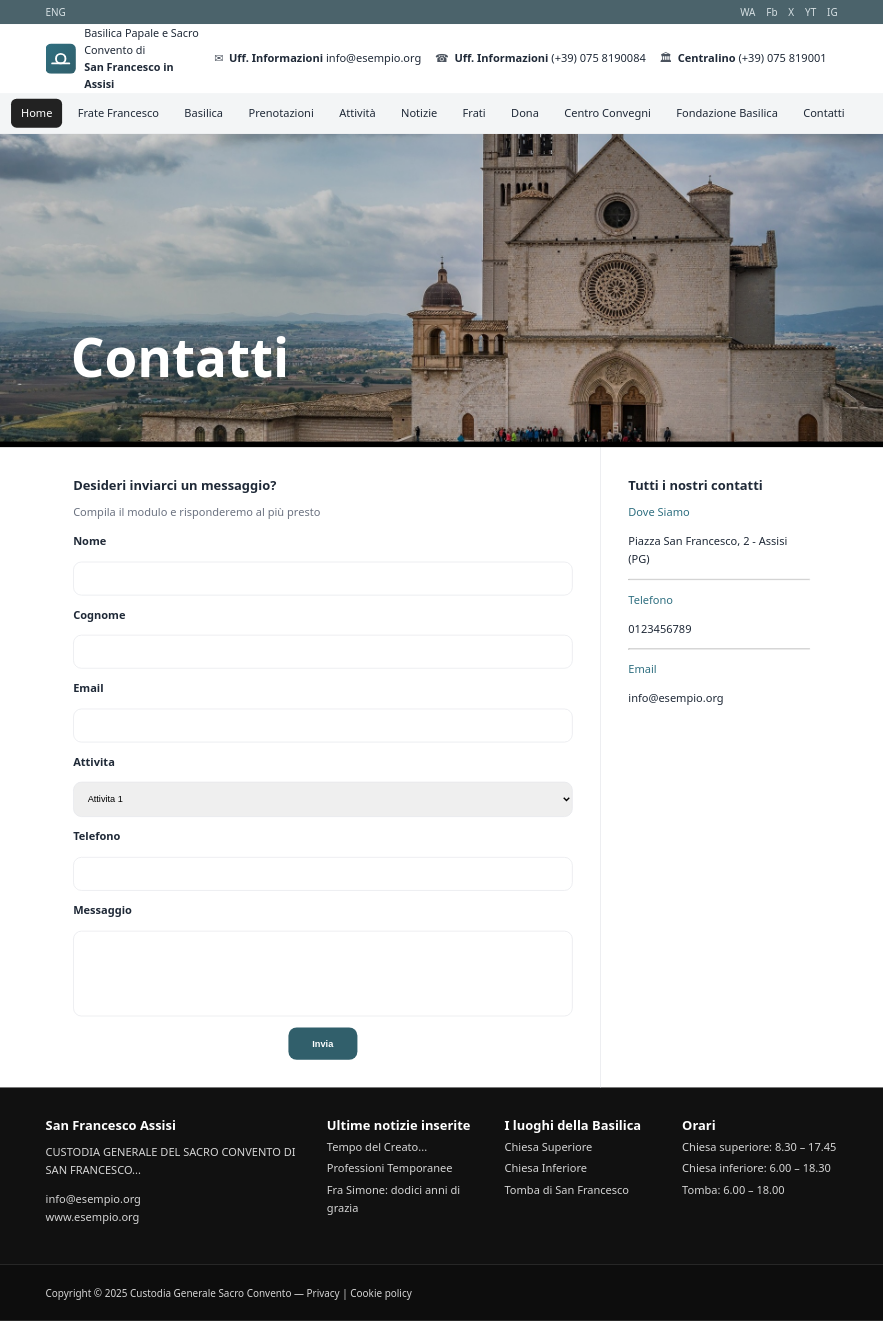
Repository: leacappello/basilica-platform-project
Page: pages/contatti.html
The author's editor kept a copy of each file at every save. The page is drawn from the files as they stood at one save, then again after the next save.
The browser window is 1280 px wide. The pictures show the whole page, at 69% of full size.

Above is the page before, as saved 2025-09-17 10:00:33.
Console error (its wording comes from the project's code and is left out).

### pages/contatti.html
<!DOCTYPE html>
<html lang="it" class="no-js">

<head>
    <meta charset="utf-8" />
    <meta name="viewport" content="width=device-width, initial-scale=1" />
    <meta name="description"
        content="Basilica — Portale gemello (look & feel dimostrativo, contenuti e immagini originali)">
    <title>Basilica — Progetto gemello</title>

    <!-- Foglio di stile principale -->
    <link rel="stylesheet" href="../assets/styles.css" />

    <!-- Se JS è attivo, rimuoviamo la classe .no-js (utile per fallback menu) -->
    <script>document.documentElement.classList.remove('no-js');</script>
</head>

<body>

    <!-- ======================================================================
       TOPBAR: lingua + social (banda superiore sottile)
       ====================================================================== -->
    <div class="topbar">
        <div class="container topbar__inner">
            <div class="topbar__lang">
                <a href="#" aria-label="Versione in inglese">ENG</a>
            </div>
            <div class="topbar__social" aria-label="Social">
                <a href="#" aria-label="WhatsApp" title="WhatsApp">WA</a>
                <a href="#" aria-label="Facebook" title="Facebook">Fb</a>
                <a href="#" aria-label="X" title="X">X</a>
                <a href="#" aria-label="YouTube" title="YouTube">YT</a>
                <a href="#" aria-label="Instagram" title="Instagram">IG</a>
            </div>
        </div>
    </div>

    <!-- ======================================================================
       HEADER (masthead): logo + contatti rapidi + hamburger mobile
       Sticky con nav principale subito sotto
       ====================================================================== -->
    <header class="masthead">
        <div class="container masthead__inner">
            <!-- BRAND: logo + denominazione (il logo è decorativo; il nome è testuale) -->
            <a class="brand" href="#home" aria-label="Vai alla Home">
                <img src="images/logo.svg" alt="" class="brand__logo" aria-hidden="true" />
                <span class="brand__name">
                    Basilica Papale e Sacro Convento di<br />
                    <strong>San Francesco in Assisi</strong>
                </span>
            </a>

            <!-- CONTATTI RAPIDI: tre blocchi -->
            <ul class="masthead__contacts" aria-label="Contatti rapidi">
                <li>
                    <span class="ic" aria-hidden="true">✉</span>
                    <div>
                        <strong>Uff. Informazioni</strong>
                        <a href="mailto:info@esempio.org">info@esempio.org</a>
                    </div>
                </li>
                <li>
                    <span class="ic" aria-hidden="true">☎</span>
                    <div>
                        <strong>Uff. Informazioni</strong>
                        <a href="tel:+390758190084">(+39) 075 8190084</a>
                    </div>
                </li>
                <li>
                    <span class="ic" aria-hidden="true">🏛</span>
                    <div>
                        <strong>Centralino</strong>
                        <a href="tel:+39075819001">(+39) 075 819001</a>
                    </div>
                </li>
            </ul>

            <!-- HAMBURGER per mobile -->
            <button id="menu-button" class="menu-button" aria-controls="primary-nav" aria-expanded="false">
                <span class="sr-only">Apri/chiudi menu</span>
                <span aria-hidden="true" class="menu-icon"></span>
            </button>
        </div>

        <!-- NAV PRINCIPALE (mega-nav semplificato con sottomenù a tendina) -->
        <nav id="primary-nav" class="nav" aria-label="Navigazione principale">
            <ul class="nav__root">
                <li class="is-active"><a href="#home">Home</a></li>

                <li class="has-sub">
                    <a href="#frate">Frate Francesco</a>
                    <ul class="nav__sub">
                        <li><a href="#">Storia di un santo</a></li>
                        <li><a href="#">Scritti</a></li>
                    </ul>
                </li>

                <li class="has-sub">
                    <a href="#basilica">Basilica</a>
                    <ul class="nav__sub">
                        <li><a href="#">Chiesa superiore</a></li>
                        <li><a href="#">Chiesa inferiore</a></li>
                        <li><a href="#">Cripta</a></li>
                    </ul>
                </li>

                <li class="has-sub">
                    <a href="#prenotazioni">Prenotazioni</a>
                    <ul class="nav__sub">
                        <li><a href="#">Visite individuali</a></li>
                        <li><a href="#">Gruppi</a></li>
                    </ul>
                </li>

                <li class="has-sub">
                    <a href="#attivita">Attività</a>
                    <ul class="nav__sub">
                        <li><a href="#">Pastorale</a></li>
                        <li><a href="#">Cultura</a></li>
                    </ul>
                </li>

                <li><a href="#notizie">Notizie</a></li>

                <li class="has-sub">
                    <a href="#frati">Frati</a>
                    <ul class="nav__sub">
                        <li><a href="#">Comunità</a></li>
                    </ul>
                </li>

                <li class="has-sub">
                    <a href="#dona">Dona</a>
                    <ul class="nav__sub">
                        <li><a href="#">Come donare</a></li>
                    </ul>
                </li>

                <li><a href="#centro">Centro Convegni</a></li>
                <li><a href="#fondazione">Fondazione Basilica</a></li>
                <li><a href="#contatti">Contatti</a></li>
            </ul>
        </nav>
    </header>

    <!-- ======================================================================
       HERO: slider immagini + titolo
       ====================================================================== -->
    <div class="main-content">

        <section id="home" class="hero" aria-label="Sezione introduttiva">
            <div class="hero__slides">
                <figure class="hero__slide is-active">
                    <img src="../images/hero-1.jpg" alt="Affreschi della Basilica" loading="eager">
                    <figcaption>
                        <h1>Contatti <span class="accent">
                            </span></h1>
                    </figcaption>
                </figure>
            </div>
        </section>
        <!-- sezione contatti -->
        <section>
            <div class="container">
                <div class="container-col">
                    <!-- form contaatti -->
                    <div class="container-form">
                        <h3>Desideri inviarci un messaggio?</h3>
                        <p class="muted">Compila il modulo e risponderemo al più presto</p>
                        <form class="form-container">
                            <!-- nome -->
                            <div class="column">
                                <label for="nome">Nome</label>
                                <input type="text" id="nome" name="nome">
                            </div>
                            <!-- cognome -->
                            <div class="column">
                                <label for="cognome">Cognome</label>
                                <input type="text" id="cognome" name="cognome">
                            </div>
                            <!-- email -->
                            <div class="column">
                                <label for="email">Email</label>
                                <input type="email" id="email" name="email">
                            </div>
                            <!-- select con attività -->
                            <div class="column">
                                <label for="attivita">Attivita</label>
                                <select id="attivita" name="attivita">
                                    <option value="attivita1">Attivita 1</option>
                                    <option value="attivita2">Attivita 2</option>
                                    <option value="attivita3">Attivita 3</option>
                                </select>
                            </div>
                            <!-- telefono -->
                            <div class="column">
                                <label for="telefono">Telefono</label>
                                <input type="tel" id="telefono" name="telefono">
                            </div>
                            <div class="column">
                                <label for="messaggio">Messaggio</label>
                                <textarea id="messaggio" name="messaggio" rows="6"></textarea>
                            </div>
                            <div style="margin: auto">
                                <button type="submit" class="btn">Invia</button>
                            </div>
                        </form>
                    </div>
                    <!-- informazioni varie -->
                    <div class="container-info">
                        <h3>Tutti i nostri contatti</h3>
                        <p class="accent">Dove Siamo</p>
                        <p>Piazza San Francesco, 2 - Assisi (PG)</p>
                        <hr>
                        <p class="accent">Telefono</p>
                        <p>0123456789</p>
                        <hr>
                        <p class="accent">Email</p>
                        <p>info@esempio.org</p>
                    </div>
                </div>
            </div>
        </section>
        <!-- sezione contatti -->
    </div>


    <!-- ======================================================================
       FOOTER “mega”: 4 colonne + riga legale con anno dinamico
       ====================================================================== -->
    <footer class="site-footer" role="contentinfo">
        <div class="container footer__grid">
            <section>
                <h3 class="footer__title">San Francesco Assisi</h3>
                <p>CUSTODIA GENERALE DEL SACRO CONVENTO DI SAN FRANCESCO...</p>
                <p>
                    <a href="mailto:info@esempio.org">info@esempio.org</a><br>
                    <a href="https://www.esempio.org">www.esempio.org</a>
                </p>
            </section>

            <section>
                <h3 class="footer__title">Ultime notizie inserite</h3>
                <ul class="footer__list">
                    <li><a href="#">Tempo del Creato...</a></li>
                    <li><a href="#">Professioni Temporanee</a></li>
                    <li><a href="#">Fra Simone: dodici anni di grazia</a></li>
                </ul>
            </section>

            <section>
                <h3 class="footer__title">I luoghi della Basilica</h3>
                <ul class="footer__list">
                    <li><a href="#">Chiesa Superiore</a></li>
                    <li><a href="#">Chiesa Inferiore</a></li>
                    <li><a href="#">Tomba di San Francesco</a></li>
                </ul>
            </section>

            <section>
                <h3 class="footer__title">Orari</h3>
                <ul class="footer__list">
                    <li>Chiesa superiore: 8.30 – 17.45</li>
                    <li>Chiesa inferiore: 6.00 – 18.30</li>
                    <li>Tomba: 6.00 – 18.00</li>
                </ul>
            </section>
        </div>

        <div class="footer__legal">
            <div class="container">
                <p>Copyright © <span id="year"></span> Custodia Generale Sacro Convento — <a href="#">Privacy</a> | <a
                        href="#">Cookie policy</a></p>
            </div>
        </div>
    </footer>

    <!-- Script frontend: toggle menu, slider, evidenziazione link, anno -->
    <script src="../assets/script.js"></script>
</body>

</html>

### assets/styles.css
/* ==========================================================================
   STILE PRINCIPALE — Basilica Twin (frontend fedele, leggero, accessibile)
   - Palette teal/slate ispirata
   - Layout con Grid/Flex, breakpoint tablet/mobile
   - Componenti: topbar, masthead, nav con sottomenù, hero+cards, eventi,
                 cards notizie, stats overlay, footer mega
   ========================================================================== */

/* ============== Token / Reset ============== */
:root{
  --bg:#ffffff; --fg:#1f2937; --muted:#6b7280;
  --brand:#3b5961;
  --brand-700:#2f474e;
  --accent:#315f6b;
  --surface:#f5f7f9;
  --border:#e5e7eb;

  --container:1180px;
  --radius:12px;
  --shadow:0 8px 24px rgba(0,0,0,.12);

  --space-2:.5rem; --space-3:.75rem; --space-4:1rem;
  --space-6:1.5rem; --space-8:2rem; --space-10:2.5rem;

  --fs-sm:.9rem; --fs-base:1rem; --fs-lg:1.125rem;
  --fs-xl:1.5rem; --fs-2xl:2rem; --lh:1.6;

  --header-h:64px;
}

*{box-sizing:border-box}
html,body{margin:0}
body{
  font:400 var(--fs-base)/var(--lh) ui-sans-serif,system-ui,-apple-system,"Segoe UI",Roboto,Arial;
  color:var(--fg); background:var(--bg);
}
h1,h2,h3{margin:.25rem 0 var(--space-3); line-height:1.2}
h1{font-size:clamp(2rem,5vw,3rem)}
h2{font-size:clamp(1.5rem,3.5vw,2.25rem)}
a{color:inherit; text-decoration:none}
a:hover{text-decoration:underline}
.muted{color:var(--muted)}
.accent{color:#2f6f80}

.container{max-width:var(--container);margin-inline:auto;padding-inline:var(--space-4)}
.section{padding-block:var(--space-10)}
.sr-only{position:absolute;width:1px;height:1px;overflow:hidden;clip:rect(0,0,0,0);white-space:nowrap}

/* ============== Topbar ============== */
.topbar{background:#4b636b;color:#e6eef1;font-size:var(--fs-sm)}
.topbar__inner{display:flex;justify-content:space-between;align-items:center;padding-block:6px}
.topbar a{color:#e6eef1;opacity:.9}
.topbar a:hover{opacity:1}
.topbar__social a{margin-left:12px}

/* ============== Masthead (logo+contatti+hamburger) ============== */
.masthead{background:#fff;border-bottom:1px solid var(--border);position:sticky;top:0;z-index:30}
.masthead__inner{
  display:grid;grid-template-columns:1fr auto auto;gap:1rem;align-items:center;min-height:var(--header-h)
}
.brand{display:flex;align-items:center;gap:.75rem;text-decoration:none}
.brand__logo{width:44px;height:44px;object-fit:contain}
.brand__name{font-size:.98rem}
.masthead__contacts{list-style:none;display:flex;gap:1.25rem;margin:0;padding:0}
.masthead__contacts li{display:flex;gap:.5rem;align-items:center}
.ic{font-style:normal;opacity:.8}

/* Hamburger (mobile only) */
.menu-button{display:none;background:transparent;border:0;cursor:pointer}
.menu-icon{width:24px;height:2px;background:var(--fg);display:inline-block;position:relative}
.menu-icon::before,.menu-icon::after{content:"";position:absolute;left:0;width:24px;height:2px;background:var(--fg)}
.menu-icon::before{top:-6px}.menu-icon::after{top:6px}

/* ============== Nav (root + submenu) ============== */
.nav{background:#f3f5f6}
.nav__root{display:flex;gap:.5rem;list-style:none;margin:0;padding:.5rem var(--space-4)}
.nav__root>li>a{display:block;padding:.5rem .9rem;border-radius:8px}
.nav__root>li.is-active>a{background:#222;color:#fff}
.nav a[aria-current="page"]{background:#222;color:#fff;border-radius:8px}

/* Sottomenù desktop (hover) */
.has-sub{position:relative}
.has-sub>.nav__sub{
  display:none;position:absolute;left:0;top:calc(100% + 6px);
  min-width:240px;background:#fff;border:1px solid var(--border);
  border-radius:10px;box-shadow:var(--shadow);padding:.5rem
}
.has-sub:hover>.nav__sub{display:block}
.nav__sub{list-style:none;margin:0}
.nav__sub a{display:block;padding:.5rem .75rem;border-radius:6px}
.nav__sub a:hover{background:#f7f7f9}

/* ============== Hero (slider + overlay cards) ============== */
.hero{position:relative;background:#000;color:#fff}
.hero__slides{position:relative;overflow:hidden}
.hero__slide{display:none;margin:0}
.hero__slide.is-active{display:block}
.hero__slide img{width:100%;height:62vh;min-height:420px;object-fit:cover;opacity:.9}
.hero__slide figcaption{position:absolute;left:8%;bottom:16%;max-width:700px}
.hero__slide h1{font-size:clamp(2.5rem,6vw,5rem);font-weight:600}
.pill{
  display:inline-block;margin-top:.75rem;padding:.45rem .9rem;
  background:rgba(255,255,255,.18);border-radius:999px;color:#e9f1f3;font-size:1.25rem
}

/* Controlli slider */
.hero__ctrl{
  position:absolute;top:50%;transform:translateY(-50%);
  background:rgba(0,0,0,.35);color:#fff;border:0;border-radius:999px;
  width:40px;height:40px;cursor:pointer
}
.hero__ctrl.prev{left:14px}
.hero__ctrl.next{right:14px}

/* Overlay 4 card */
.hero__overlay{position:relative}
.hero__cards{
  display:grid;grid-template-columns:repeat(4,1fr);gap:1rem;margin-top:-70px
}
.card{
  background:#526e76;color:#ecf1f3;padding:1.1rem;border-radius:14px;box-shadow:var(--shadow)
}
.card h3{margin:.1rem 0 .35rem}
.card .btn{margin-top:.5rem}

/* ============== Buttons ============== */
.btn{
  display:inline-block;font-weight:600;border:0;border-radius:10px;
  padding:.65rem 1rem;cursor:pointer;text-decoration:none
}
.btn--primary{background:var(--brand);color:#fff}
.btn--primary:hover{background:var(--brand-700)}
.btn--ghost{background:transparent;color:#fff;border:1px solid rgba(255,255,255,.7)}
.btn--ghost:hover{background:rgba(255,255,255,.12)}

/* ============== Eventi a 2 colonne ============== */
.grid-2{display:grid;grid-template-columns:2fr 1.2fr;gap:2rem}
.eyebrow{color:var(--muted);letter-spacing:.06em;text-transform:uppercase;font-size:.85rem}
.media img{width:100%;border-radius:12px}

.events{list-style:none;margin:0;padding:0;display:grid;gap:1rem}
.events li{
  display:grid;grid-template-columns:70px 1fr;gap:1rem;align-items:start;
  border-bottom:1px solid var(--border);padding-bottom:1rem
}
.date{
  width:70px;background:#315f6b;color:#fff;border-radius:8px;
  display:grid;place-items:center;padding:.35rem 0
}
.date span{font-size:1.4rem;font-weight:700;line-height:1}
.date small{opacity:.8}

/* ============== Cards 3 (notizie/progetti) ============== */
.cards-3{display:grid;grid-template-columns:repeat(3,1fr);gap:1.2rem}
.post{
  background:#fff;border:1px solid var(--border);border-radius:12px;
  overflow:hidden;display:flex;flex-direction:column
}
.post img{width:100%;aspect-ratio:16/9;object-fit:cover}
.post__body{padding:1rem;display:grid;gap:.5rem}
.badge{
  display:inline-flex;align-items:center;gap:.5rem;background:#e6eef1;
  border-radius:8px;padding:.25rem .5rem;color:#2f4f59;font-weight:700
}
.post__title{font-weight:700;text-decoration:none}
.readmore{font-weight:600;color:var(--accent);text-decoration:none}

/* ============== Stats (background con overlay scuro fisso) ============== */
.stats{
  background:url('../images/hero-1.jpg') center/cover no-repeat fixed;
  position:relative;color:#e9eef1
}
.stats::before{content:"";position:absolute;inset:0;background:rgba(22,32,41,.65)}
.stats__grid{
  position:relative;display:grid;grid-template-columns:repeat(4,1fr);
  gap:2rem;padding-block:3rem
}
.stats__grid .n{font-size:2.25rem;font-weight:800}

/* ============== Footer “mega” ============== */
.site-footer{background:#111;color:#d6d6d6}
.footer__grid{display:grid;grid-template-columns:2fr 1.2fr 1.2fr 1.2fr;gap:2rem;padding-block:2.5rem}
.footer__title{color:#fff;margin-bottom:.5rem}
.footer__list{list-style:none;margin:0;padding:0;display:grid;gap:.35rem}
.footer__legal{border-top:1px solid #333;background:#0d0d0d;font-size:.9rem}
.footer__legal .container{padding-block:.9rem}
.center{text-align:center}
.mt-4{margin-top:var(--space-4)}

/* ============== Responsive ============== */
@media (max-width: 1024px){
  .masthead__inner{grid-template-columns:1fr auto auto}
  .hero__cards{grid-template-columns:repeat(2,1fr);margin-top:-50px}
  .grid-2{grid-template-columns:1fr}
  .cards-3{grid-template-columns:1fr 1fr}
}
@media (max-width: 768px){
  .masthead__contacts{display:none}
  .menu-button{display:inline-block}
  .nav{display:none}
  .nav[data-open="true"]{display:block}
  .nav__root{flex-direction:column}
  .hero__cards{grid-template-columns:1fr;margin-top:-30px}
  .cards-3{grid-template-columns:1fr}
  .stats__grid{grid-template-columns:1fr 1fr}
}
@media (max-width: 480px){
  .stats__grid{grid-template-columns:1fr}
}

/* ============== No-JS fallback ============== */
.no-js .nav{display:block}

/* ============== Tabella Orari ============== */
.tabella-orari{
  width:100%;
  border-collapse:collapse;
}
.orari th,.orari td{
  padding:.5rem;
  border-bottom:1px solid var(--border);
  text-align: left;
}

.titolo-orari{
  margin-top: 30px; font-size: 1.5rem;
  margin-bottom:.5rem;
  border-bottom:1px solid var(--border);
  padding-bottom:.5rem
}
/* ============== Tabella Orari ============== */


/* ============== contatti ============== */
.container-col{
  display:flex;
}
.container-form{
  width: 70%;
  padding: var(--space-10);
}
.container-info{
  width: 30%;
  padding: var(--space-10);
  border-left: 1px solid var(--border);
}

form{
  display:flex;
  flex-direction: column;
  gap: var(--space-4);
}

input, textarea{
  padding: var(--space-4);
  border-radius: var(--radius);
  border: 1px solid var(--border);
  resize: none;
}

.btn{
  background-color: var(--accent);
  color: #fff;
  cursor: pointer;
  width: 100px;
  padding: var(--space-4);
  border-radius: var(--radius);

}


select{
  padding: var(--space-4);
  border-radius: var(--radius);
  border: 1px solid var(--border);
}

label{
  display: block;
  font-weight: 600;
  margin-bottom: var(--space-2);
  }

.form-container {
  display: flex;
  flex-direction: column; /* Organizza gli elementi in colonna */
  gap: 1rem; /* Aggiunge spazio tra gli elementi */
  width: 100%; /* Assicura che il contenitore occupi tutta la larghezza disponibile */
}

.column {
  flex: 1; /* Fa sì che le colonne occupino uno spazio uguale */
  display: flex; /* Per permettere il posizionamento dei campi all'interno della colonna */
  flex-direction: column;
  gap: 0.5rem; /* Spazio tra i campi all'interno della colonna */
}

/* ============== contatti ============== */

Loaded but not shown: assets/script.js (113 lines, source omitted)

After the next save:
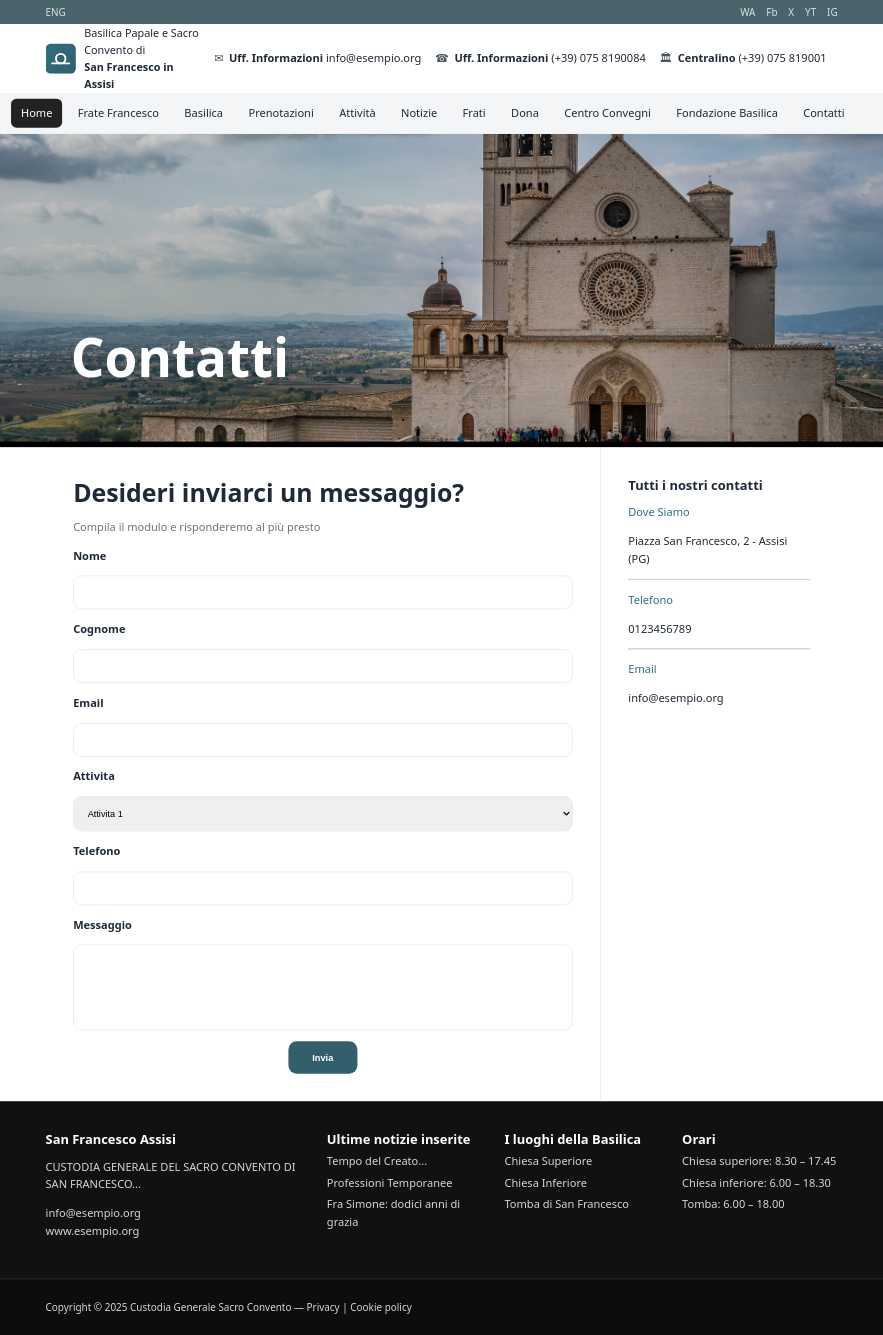
Saved 11 s later.
--- a/pages/contatti.html
+++ b/pages/contatti.html
@@ -165,7 +165,7 @@
                 <div class="container-col">
                     <!-- form contaatti -->
                     <div class="container-form">
-                        <h3>Desideri inviarci un messaggio?</h3>
+                        <h2>Desideri inviarci un messaggio?</h2>
                         <p class="muted">Compila il modulo e risponderemo al più presto</p>
                         <form class="form-container">
                             <!-- nome -->
